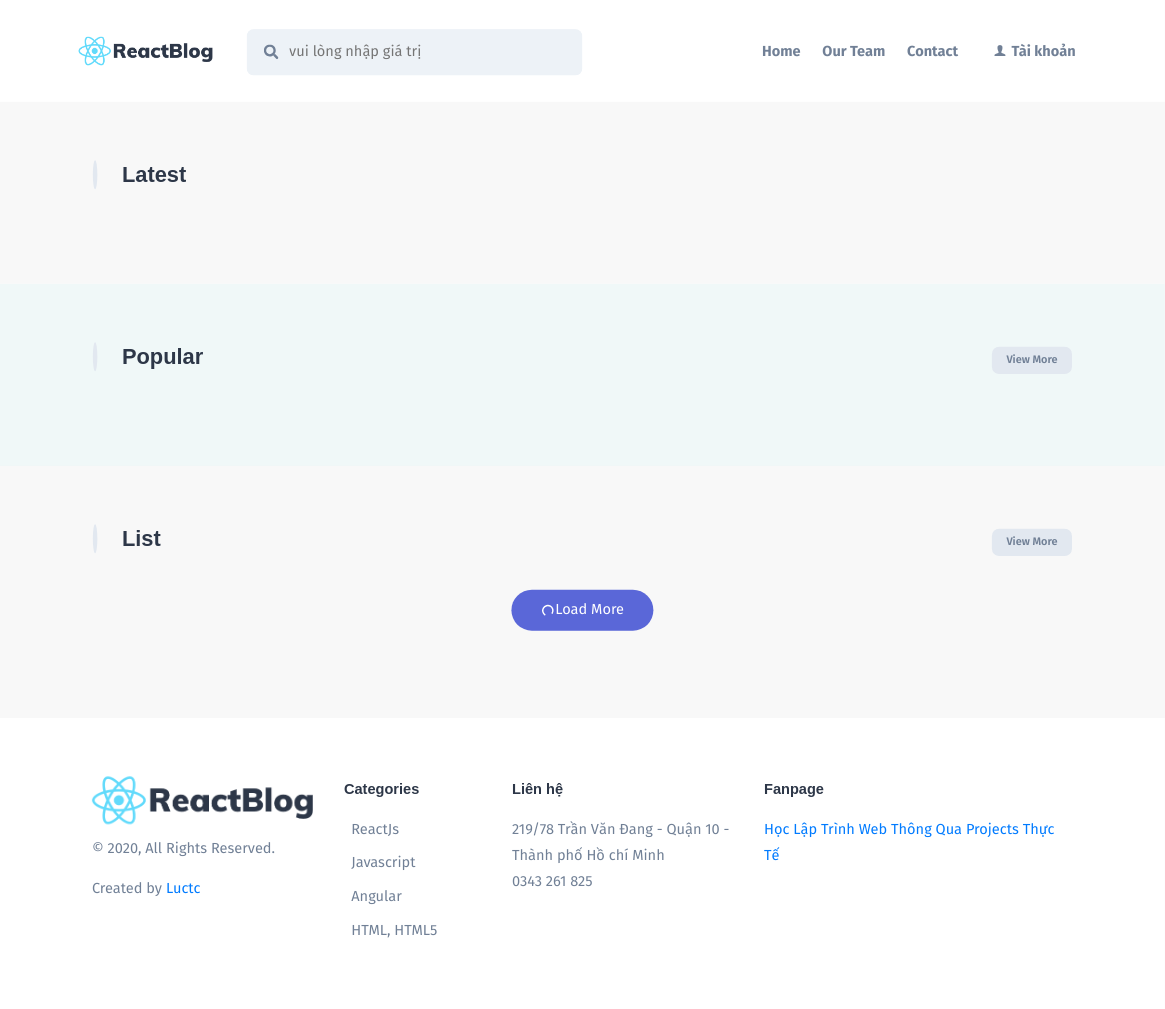
Repository: khuong30082000/Project-by-khuong
Page: /
The author's editor kept a copy of each file at every save. The page is drawn from the files as they stood at one save, then again after the next save.
The browser window is 1280 px wide. The pictures show the whole page, at 91% of full size.
The page's requests for data from a server got no answer. Some web fonts or font styles are not loaded; a fallback is used. The project was rebuilt for these pictures with package versions that can differ from the ones it lists, and the page was loaded fresh each time. No one was signed in, and anything a server would have sent is missing. Also part of the build but not shown: src/components/ArticleItems/article-item.css, src/components/ArticleItems/ArticleItemThumb.js, src/components/ArticleItems/ArticleItemTitle.js, src/components/ArticleItems/ArticleItemAvatar.js, src/components/ArticleItems/ArticleItemInfo.js, src/components/ArticleItems/ArticleItemCategory.js, src/components/ArticleItems/ArticleItemStats.js, src/components/ArticleItems/ArticleItemDesc.js and 20 more.

Above is the page before, as saved 2022-04-12 16:20:31.

After the next save:
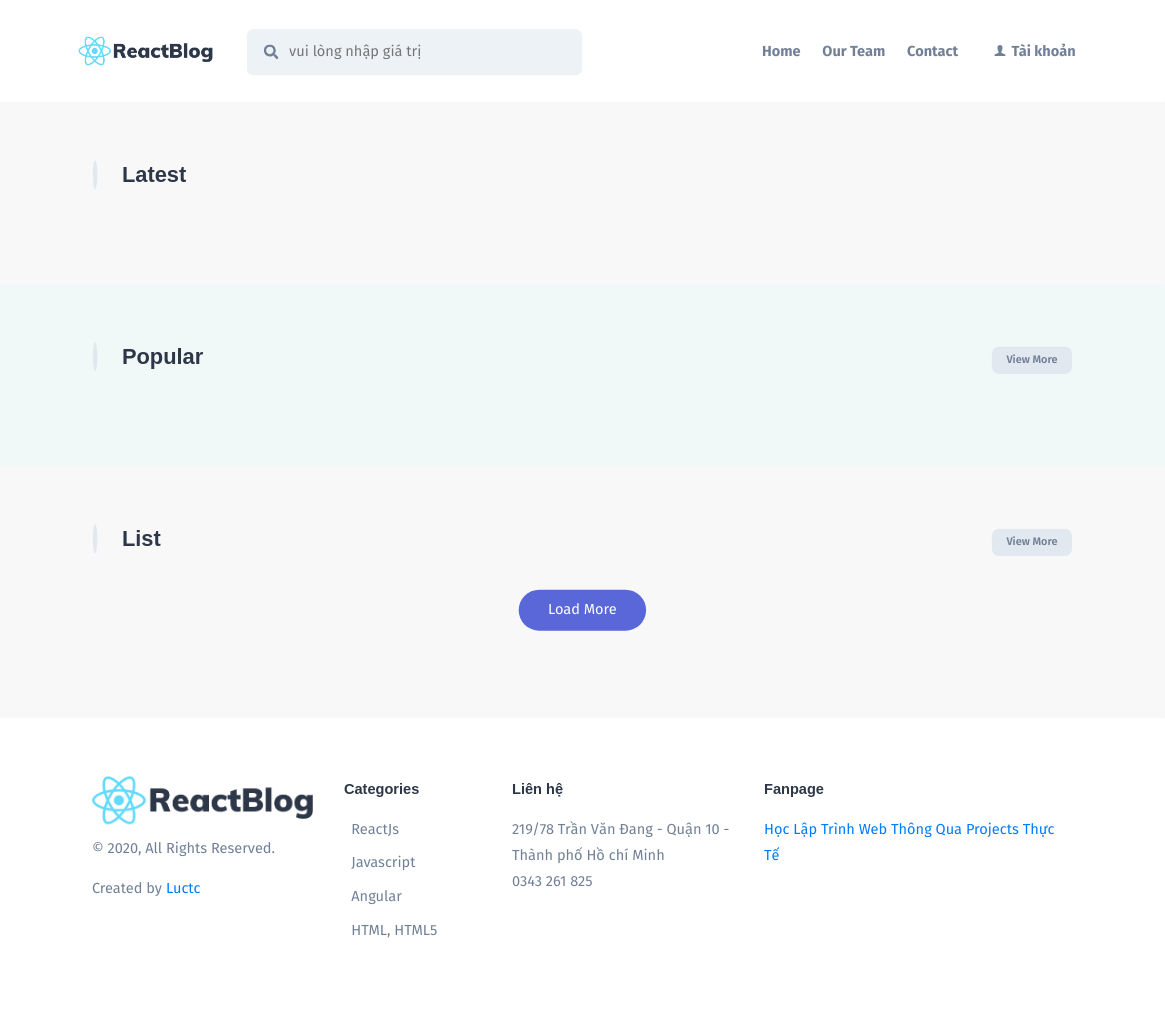
Saved 5 s later.
--- a/src/components/ArticleList/index.js
+++ b/src/components/ArticleList/index.js
@@ -26,7 +26,7 @@
         {/* End Row News List */}
         {/* Btn Loadmore */}
         <div className="text-center">
-          <Button type="primary" loading size="large">
+          <Button type="primary" Loading size="large">
             Load More
           </Button>
         </div>

After the 3 saves that followed:
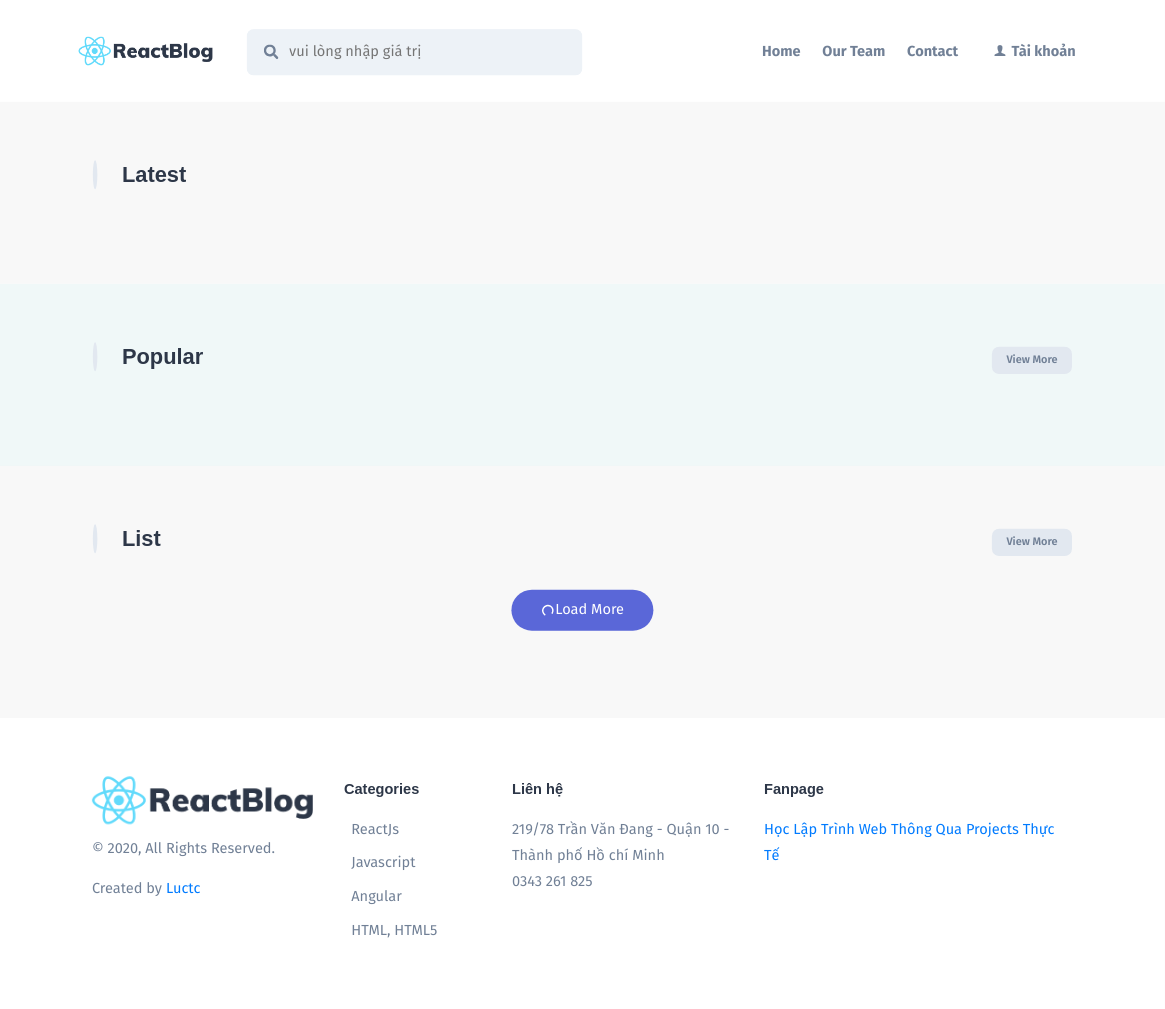
The 3 saves are shown as one change because 2 left the picture as it was.
The last was saved 29 s later.
--- a/src/components/ArticleList/index.js
+++ b/src/components/ArticleList/index.js
@@ -5,7 +5,7 @@
 import { useSelector } from "react-redux";
 import { useState } from "react";
 function ArticleList() {
-  const [Loading , setLoading] = useState(false);
+  const [loading , setLoading] = useState(true);
   const posts = useSelector((state) => state.Post.articleGeneral);
   return (
     <div className="articles-list section">
@@ -26,7 +26,7 @@
         {/* End Row News List */}
         {/* Btn Loadmore */}
         <div className="text-center">
-          <Button type="primary" Loading size="large">
+          <Button type="primary" loading size="large">
             Load More
           </Button>
         </div>
